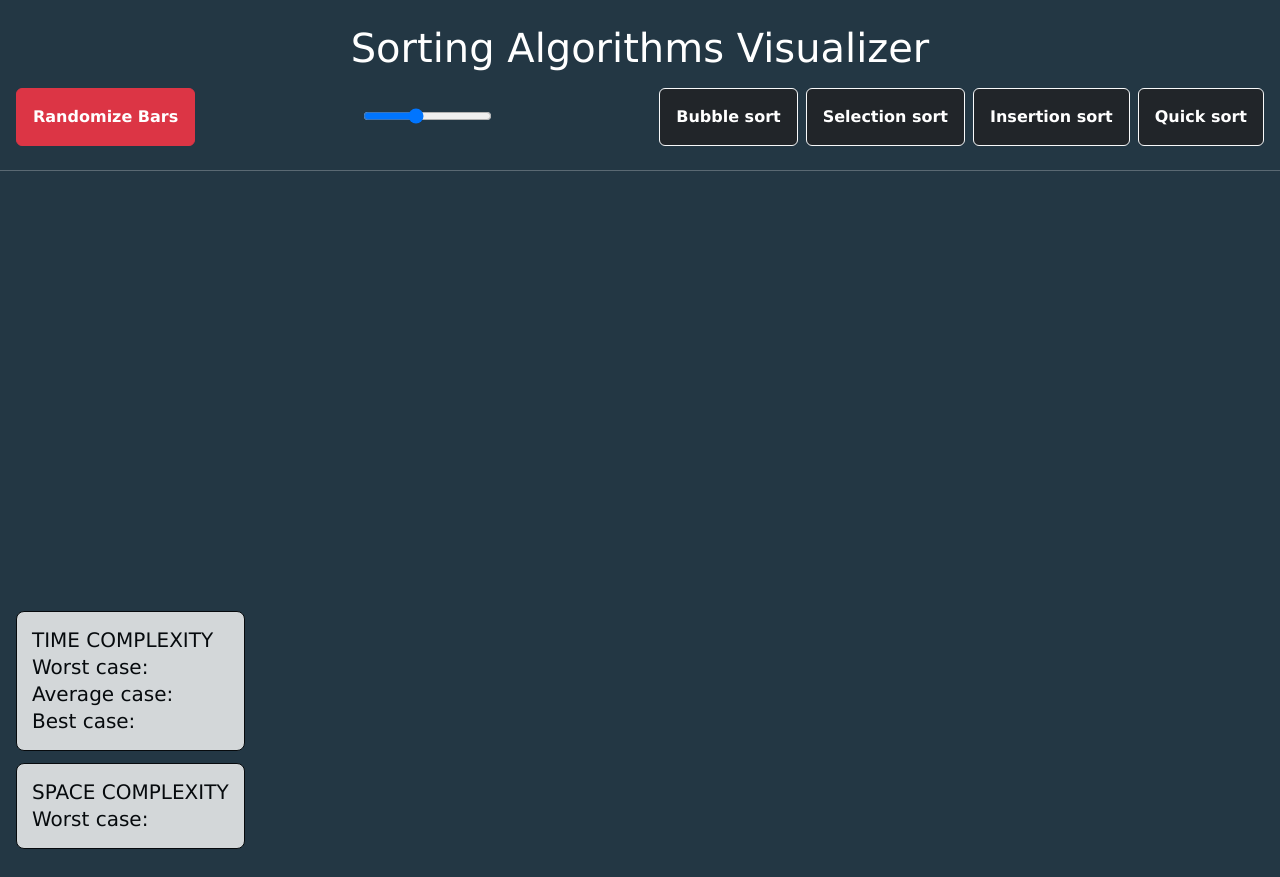
Repository: Vasil1001/Sorting-Algorithms-Visualizer-js
Page: views/index.html
The author's editor kept a copy of each file at every save. The page is drawn from the files as they stood at one save, then again after the next save.
The browser window is 1280 px wide. The pictures show the whole page.

Above is the page before, as saved 2022-11-06 15:23:07.
Console error: SyntaxError: Unexpected token ')'

After the next save:
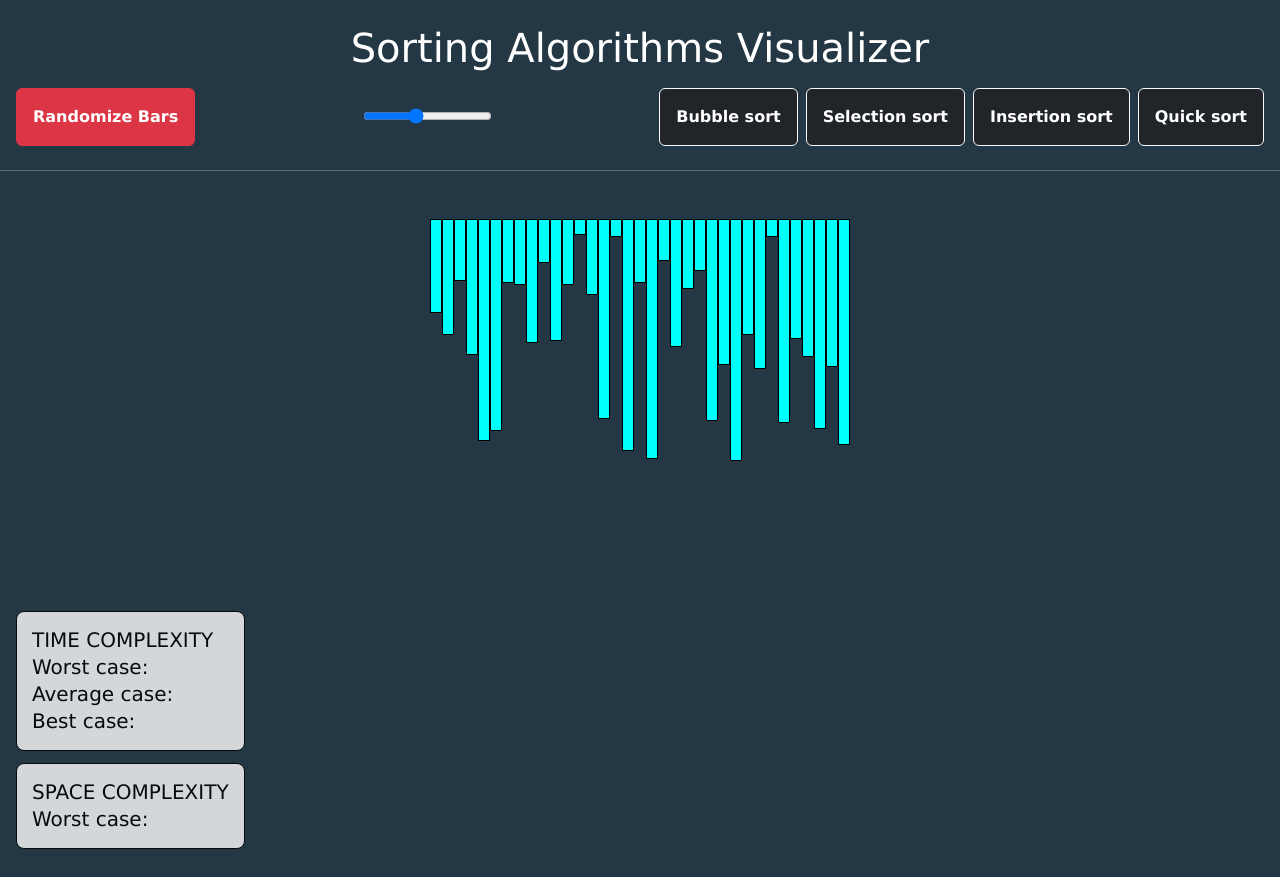
The error is gone.
Saved 6 s later.
--- a/sort_algos_js_files/index.js
+++ b/sort_algos_js_files/index.js
@@ -2,7 +2,9 @@ let random_array_100 = [];
 var arr_size = document.querySelector("#arr_sz");
 var no_of_bar = arr_size.value;
 
-arr_size.addEventListener("input",function());
+arr_size.addEventListener("input",function(){
+
+});
 
 createBarArray();
 
